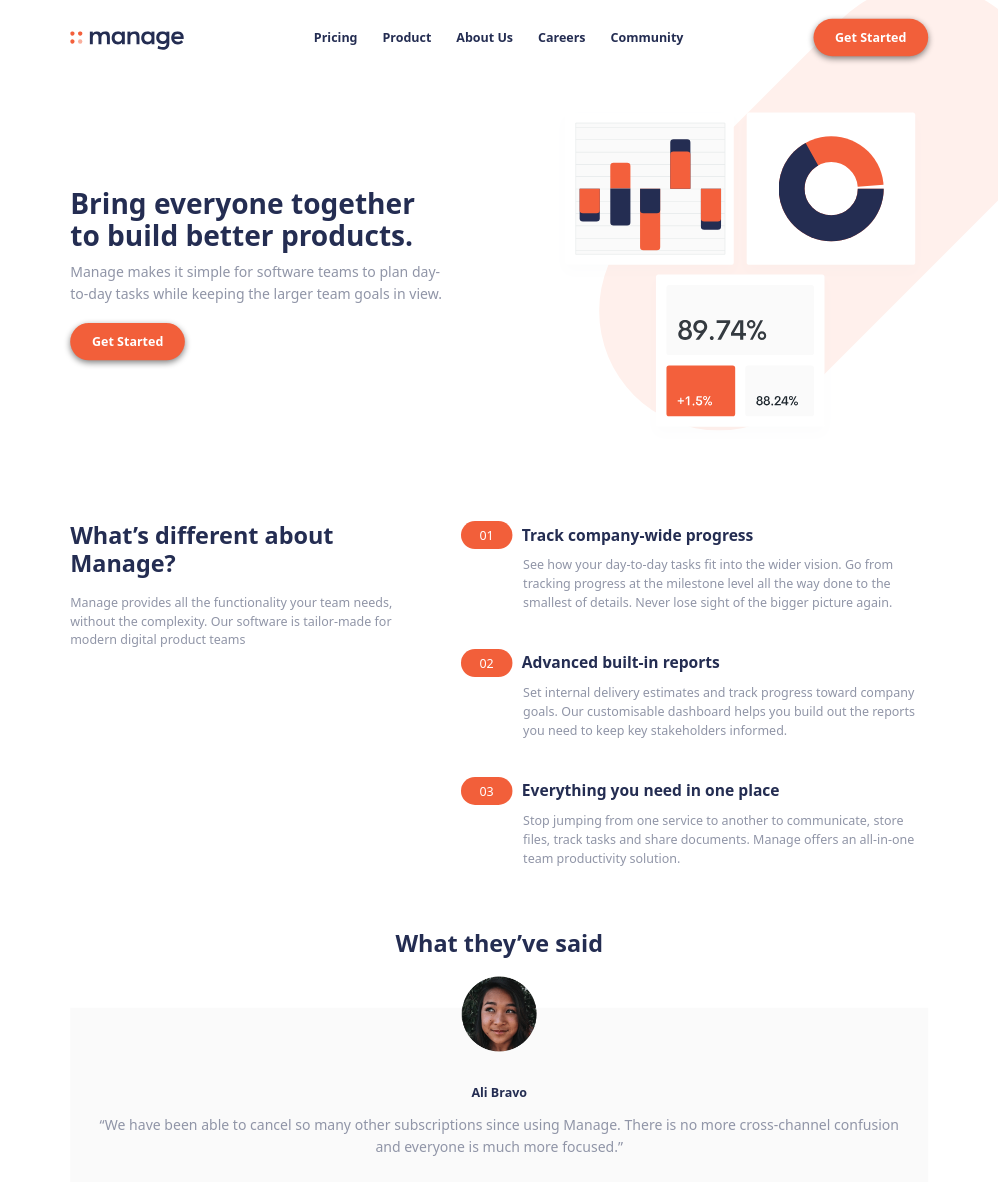
Repository: aqib-01/manage-landing-page
Page: /
An editor plug-in stored every save of this project. The page is shown before and after the next save, followed by the edit.
The browser window is 1280 px wide. The pictures show the whole page, at 78% of full size.
The project was rebuilt for these pictures with package versions that can differ from the ones it lists, and the page was loaded fresh each time.

Above is the page before, as saved 2022-05-12 21:23:50.

After the next save:
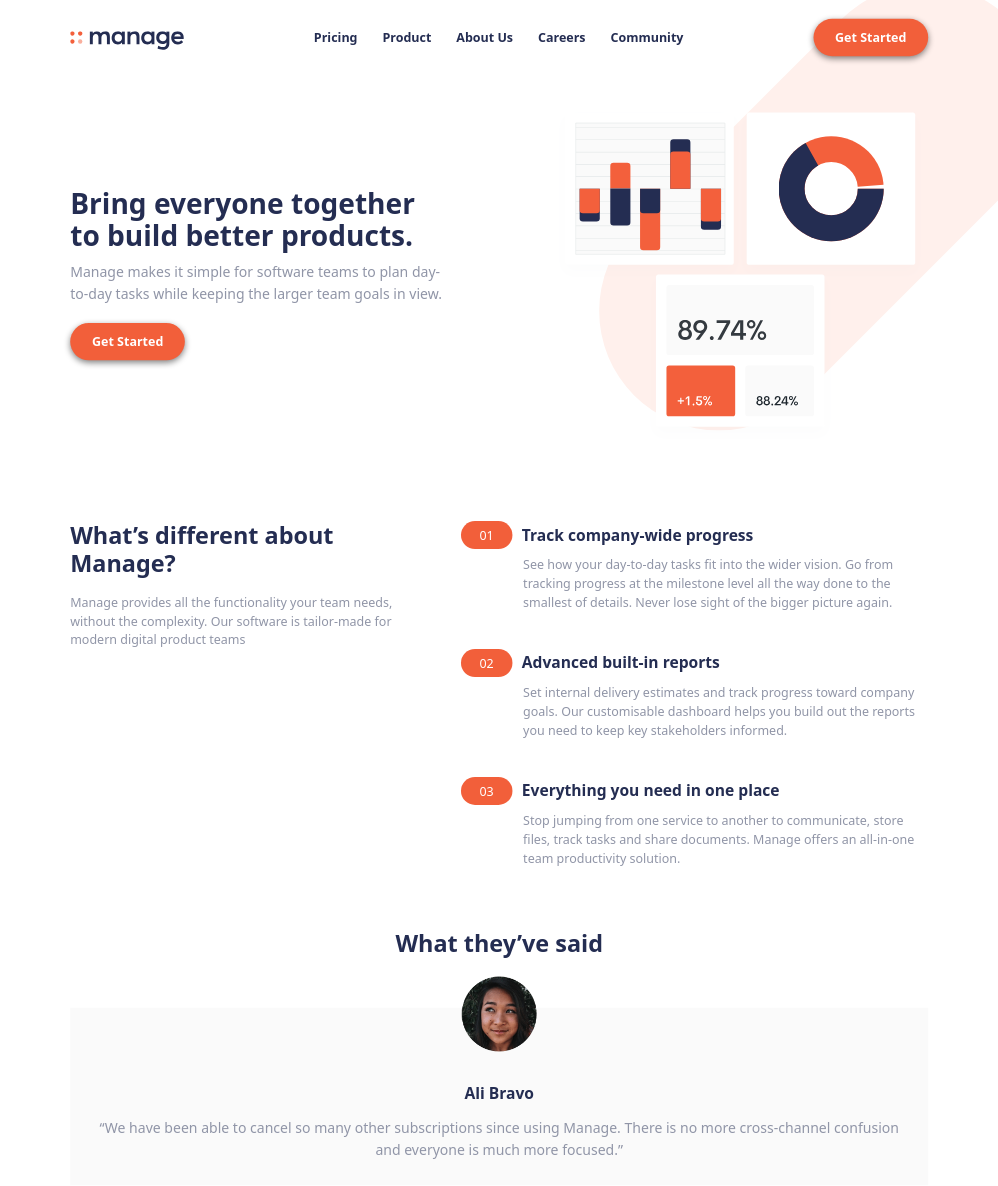
Saved 32 s later.
--- a/src/components/Testimonials.js
+++ b/src/components/Testimonials.js
@@ -15,7 +15,7 @@ const Testimonials = () => {
               alt=""
             />
             <div>
-              <h5 className="text-dark-blue font-semibold text-center">
+              <h5 className="text-dark-blue text-xl font-semibold text-center">
                 Ali Bravo
               </h5>
               <p className="mt-4 text-dark-grayish-blue text-center text-lg">
